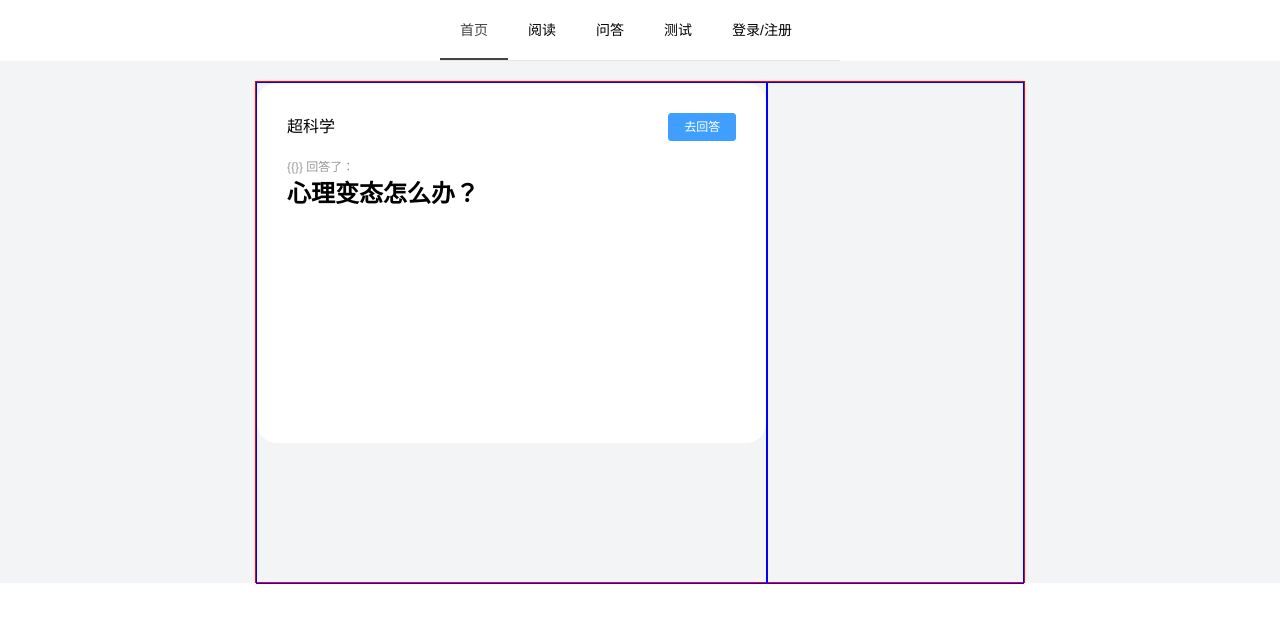
Repository: shengligo/xyx_vue_v1
Page: /qs
An editor plug-in stored every save of this project. The page is shown before and after the next save, followed by the edit.
The browser window is 1280 px wide. The pictures show the whole page.
The project was rebuilt for these pictures with package versions that can differ from the ones it lists, and the page was loaded fresh each time. Also part of the build but not shown: vue.config.js, src/views/home/childComps/Art.vue, src/views/author/authors.vue.

Above is the page before, as saved 2021-09-04 16:13:32.

After the next save:
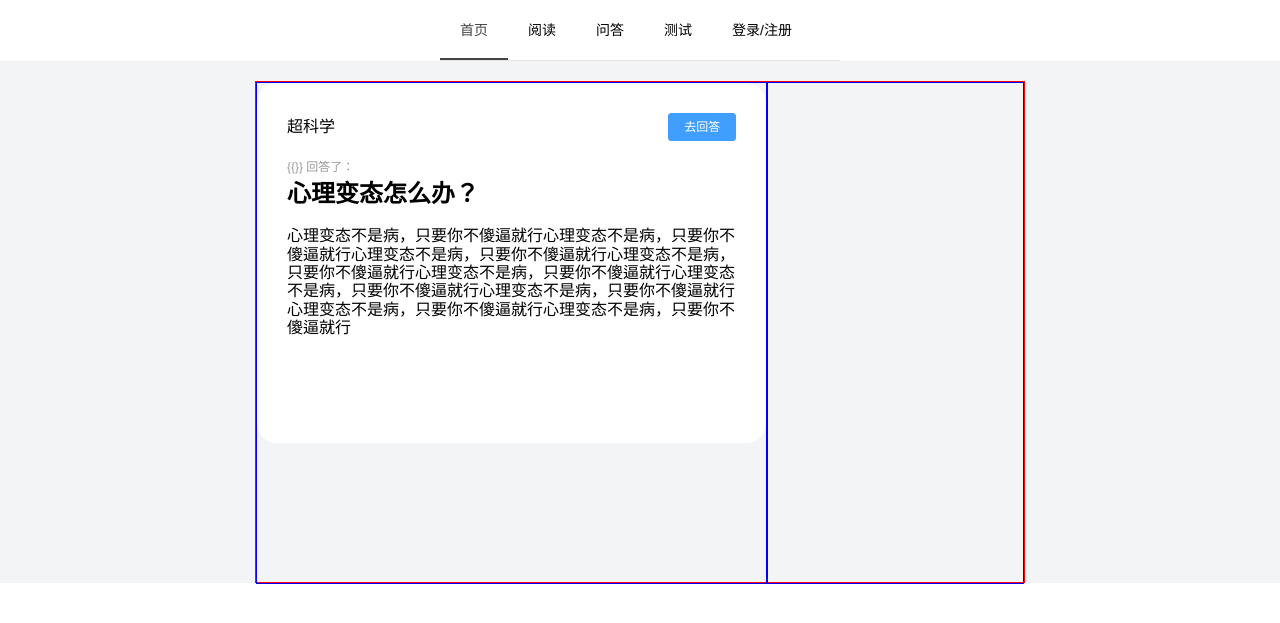
Saved 34 s later.
--- a/src/views/questions/Question.vue
+++ b/src/views/questions/Question.vue
@@ -11,6 +11,7 @@
             </div>
             <div class="time">{{}} 回答了：</div>
             <h2 class="title">{{item.title}}</h2>
+            <div class="answerContent">{{item.answerContent}}</div>
           </div>
         </div>
       </div>
